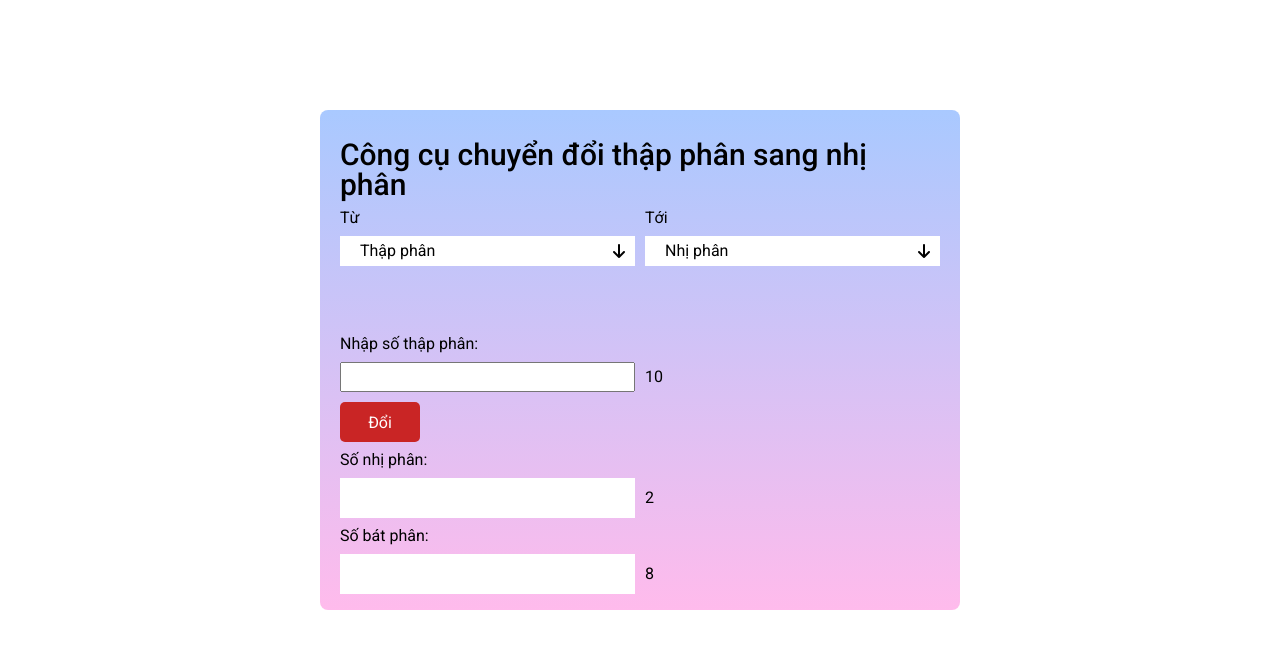
Repository: thuanpham00/covertNumber
Page: index.html
These files come from the project's save history. The page is drawn as it stood at one moment and after the next save; the edit follows.
The browser window is 1280 px wide. The pictures show the whole page.
Some web libraries are served in a nearby version. The style sheet was rebuilt from its Sass, Less or Tailwind sources for each picture, by a compiler version that may differ from the author's.

Above is the page before, as saved 2023-11-05 16:49:38.
Console error: TypeError: Cannot read properties of null (reading 'addEventListener')

After the next save:
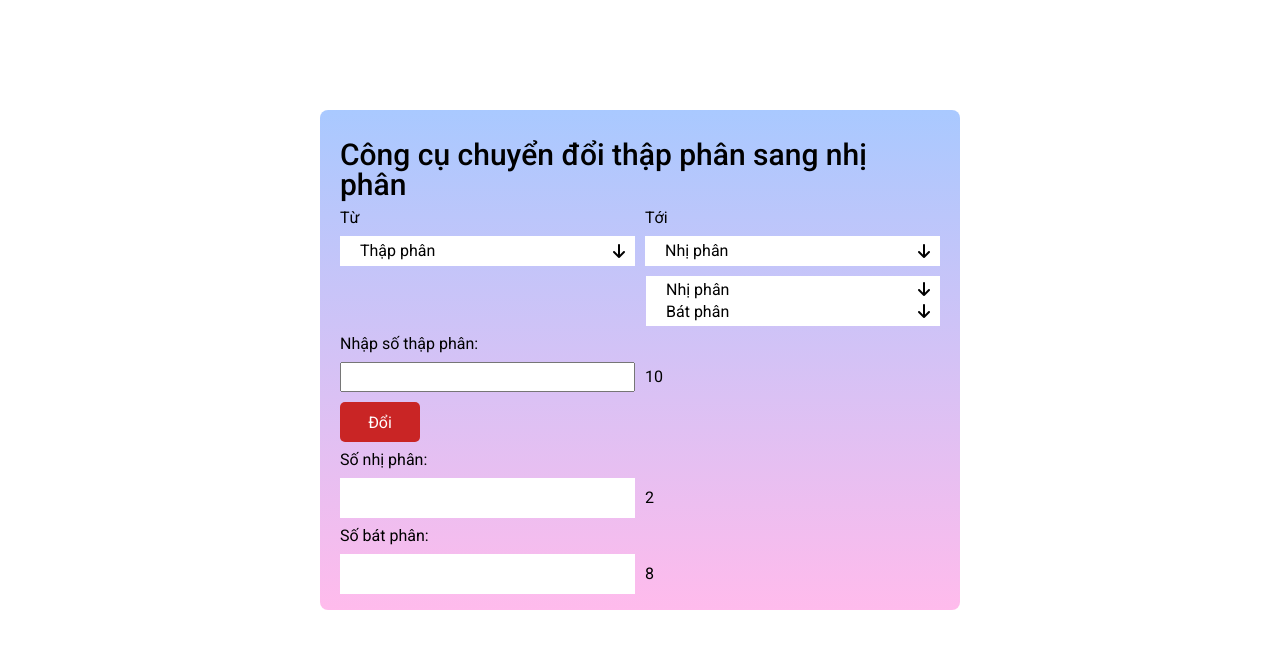
Saved 4 s later.
--- a/scss/main.scss
+++ b/scss/main.scss
@@ -222,8 +222,6 @@ button {
 }
 
 .list {
-    opacity: 0;
-    visibility: visible;
     margin-left: auto;
     margin-top: 10px;
     padding-top: 5px;
